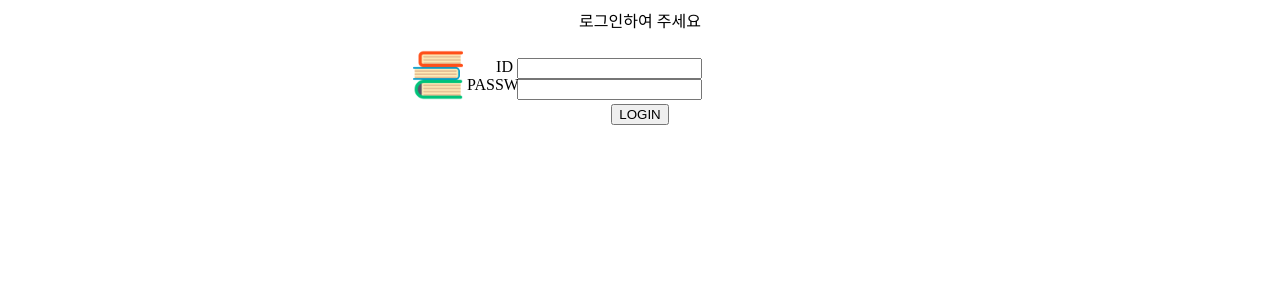
Repository: Minnaldo/Dev
Page: BackEnd/Eworkspace/ws_0911/WebContent/Login.html
The author's editor kept a copy of each file at every save. The page is drawn from the files as they stood at one save, then again after the next save.
The browser window is 1280 px wide. The pictures show the whole page.

Above is the page before, as saved 2019-09-13 05:16:45.

After the next save:
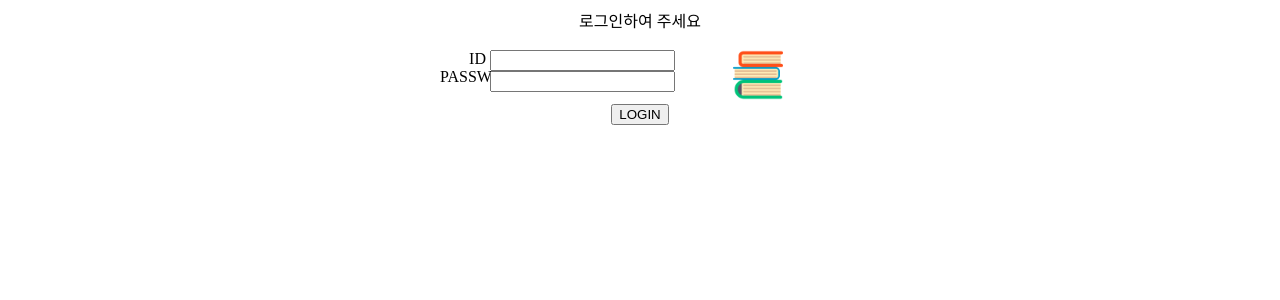
Saved 49 s later.
--- a/BackEnd/Eworkspace/ws_0911/WebContent/Login.html
+++ b/BackEnd/Eworkspace/ws_0911/WebContent/Login.html
@@ -40,8 +40,8 @@
 		<div style="text-align: center;">
 			<div >로그인하여 주세요</div>
 			<br>
+			<div style="display: inline-block; width: 400px; ">
 			<img src="./images/books.png" alt="books" style="width: 50px;">
-			<div style="display: inline-block; width: 400px; ">
 			<div style='float: left; width: 50px'>
 				<td>
 				<div style="text-align : right;" >ID&nbsp; </div>

After the save that followed:
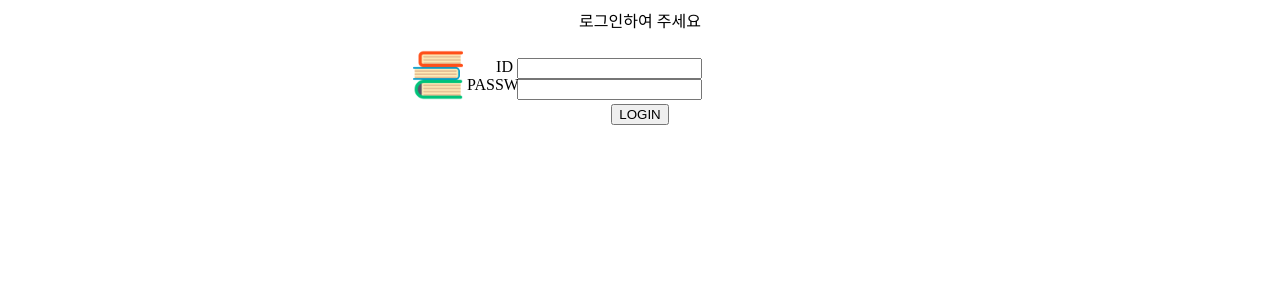
Saved 11 s later.
--- a/BackEnd/Eworkspace/ws_0911/WebContent/Login.html
+++ b/BackEnd/Eworkspace/ws_0911/WebContent/Login.html
@@ -40,8 +40,8 @@
 		<div style="text-align: center;">
 			<div >로그인하여 주세요</div>
 			<br>
+			<img src="./images/books.png" alt="books" style="width: 50px;">
 			<div style="display: inline-block; width: 400px; ">
-			<img src="./images/books.png" alt="books" style="width: 50px;">
 			<div style='float: left; width: 50px'>
 				<td>
 				<div style="text-align : right;" >ID&nbsp; </div>
